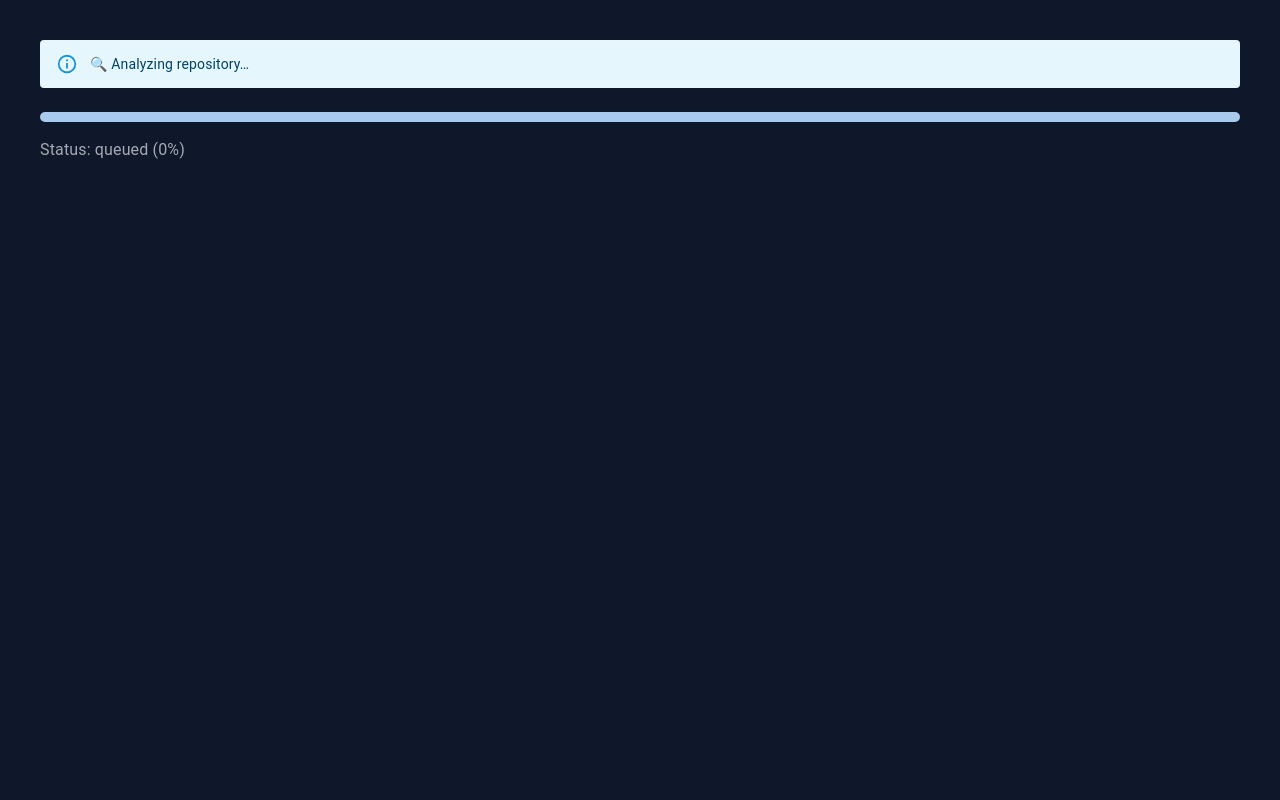
Repository: kundanchouhan12/DevX-Ai-Powered-Devops-Assistant-GenAi-LLM
Page: /dashboard (app in frontend/)
An editor plug-in stored every save of this project. The page is shown before and after the next save, followed by the edit.
The browser window is 1280 px wide. The pictures show the whole page.
The project was rebuilt for these pictures with package versions that can differ from the ones it lists, and the page was loaded fresh each time. Also part of the build but not shown: frontend/vite.config.js, frontend/src/pages/Home.jsx.

Above is the page before, as saved 2026-01-31 13:26:38.

After the next save:
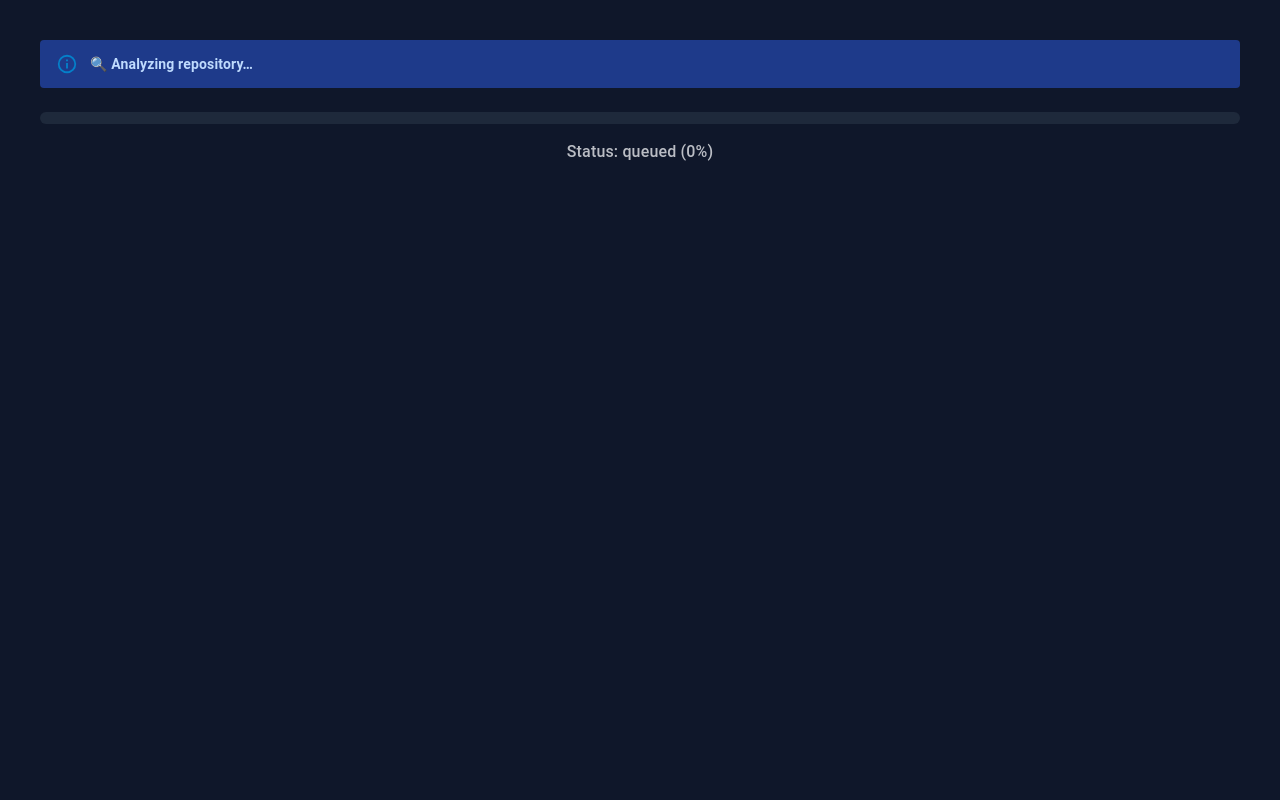
Saved 4 min 2 s later.
--- a/frontend/src/pages/Dashboard.jsx
+++ b/frontend/src/pages/Dashboard.jsx
@@ -219,11 +219,13 @@ import {
 import FolderIcon from "@mui/icons-material/Folder";
 import CodeIcon from "@mui/icons-material/Code";
 import SmartToyIcon from "@mui/icons-material/SmartToy";
-import { PieChart, Pie, Tooltip, ResponsiveContainer } from "recharts";
+import { PieChart, Pie, Tooltip, ResponsiveContainer, Cell } from "recharts";
 import ReactMarkdown from "react-markdown";
 import { useParams } from "react-router-dom";
 import { useEffect, useState } from "react";
 import api from "../services/api";
+
+const COLORS = ["#3b82f6", "#facc15", "#ef4444", "#22c55e", "#8b5cf6", "#fb7185"];
 
 export default function Dashboard() {
   const { jobId } = useParams();
@@ -266,15 +268,32 @@ export default function Dashboard() {
   if (!data && !error) {
     return (
       <Box sx={pageStyle}>
-        <Alert severity="info" sx={{ mb: 3 }}>
+        <Alert
+          severity="info"
+          sx={{
+            mb: 3,
+            bgcolor: "#1e3a8a",
+            color: "#bfdbfe",
+            fontWeight: 600,
+            textAlign: "center",
+          }}
+        >
           🔍 Analyzing repository…
         </Alert>
         <LinearProgress
           variant="determinate"
           value={progress}
-          sx={{ height: 10, borderRadius: 5, mb: 2 }}
+          sx={{
+            height: 12,
+            borderRadius: 6,
+            backgroundColor: "#1e293b",
+            "& .MuiLinearProgress-bar": {
+              borderRadius: 6,
+              background: "linear-gradient(90deg, #3b82f6, #8b5cf6, #facc15)",
+            },
+          }}
         />
-        <Typography sx={{ opacity: 0.7 }}>
+        <Typography sx={{ mt: 2, textAlign: "center", fontWeight: 500, opacity: 0.8 }}>
           Status: {status} ({progress}%)
         </Typography>
       </Box>
@@ -298,7 +317,16 @@ export default function Dashboard() {
   return (
     <Box sx={pageStyle}>
       {/* STATUS */}
-      <Alert severity="success" sx={{ mb: 3, bgcolor: "#064e3b", color: "#d1fae5" }}>
+      <Alert
+        severity="success"
+        sx={{
+          mb: 3,
+          bgcolor: "#064e3b",
+          color: "#d1fae5",
+          fontWeight: 600,
+          textAlign: "center",
+        }}
+      >
         ✅ Analysis completed successfully
       </Alert>
 
@@ -310,26 +338,30 @@ export default function Dashboard() {
       </Grid>
 
       {/* TECH STACK */}
-      <Card sx={{ ...cardStyle, border: "1px solid #334155" }}>
+      <Card sx={{ ...cardStyle, border: "1px solid #334155", mb: 4 }}>
         <CardContent>
           <Typography variant="h6" sx={{ mb: 2, fontWeight: 600 }}>
             🧩 Tech Stack
           </Typography>
+
           <Box sx={{ display: "flex", flexWrap: "wrap", gap: 1 }}>
-            {extensionsData.map((ext) => (
+            {extensionsData.map((ext, i) => (
               <Chip
                 key={ext.name}
                 label={`${ext.name} (${ext.value})`}
                 sx={{
                   bgcolor: "#1e293b",
-                  color: "#7dd3fc",
+                  color: COLORS[i % COLORS.length],
                   fontWeight: 500,
                   px: 2,
                   py: 0.5,
+                  transition: "transform 0.2s",
+                  "&:hover": { transform: "scale(1.1)" },
                 }}
               />
             ))}
           </Box>
+
           {extensionsData.length > 0 && (
             <Box sx={{ height: 260, mt: 4 }}>
               <ResponsiveContainer>
@@ -339,8 +371,13 @@ export default function Dashboard() {
                     dataKey="value"
                     nameKey="name"
                     outerRadius={90}
-                    fill="#3b82f6"
-                  />
+                    animationDuration={800}
+                    animationEasing="ease-out"
+                  >
+                    {extensionsData.map((entry, index) => (
+                      <Cell key={`cell-${index}`} fill={COLORS[index % COLORS.length]} />
+                    ))}
+                  </Pie>
                   <Tooltip
                     contentStyle={{ backgroundColor: "#0f172a", borderRadius: 8 }}
                     itemStyle={{ color: "#fff" }}
@@ -353,7 +390,7 @@ export default function Dashboard() {
       </Card>
 
       {/* AI REPORT */}
-      <Card sx={{ ...cardStyle, border: "1px solid #334155" }}>
+      <Card sx={{ ...cardStyle, border: "1px solid #334155", mb: 4 }}>
         <CardContent>
           <Typography variant="h6" sx={{ mb: 2, fontWeight: 600 }}>
             🧠 AI Insights
@@ -371,6 +408,15 @@ export default function Dashboard() {
               "& p": { mb: 1.5 },
               maxHeight: "400px",
               overflowY: "auto",
+              pr: 1,
+              scrollbarWidth: "thin",
+              scrollbarColor: "#3b82f6 #1e293b",
+              "&::-webkit-scrollbar": { width: "8px" },
+              "&::-webkit-scrollbar-thumb": {
+                backgroundColor: "#3b82f6",
+                borderRadius: "4px",
+              },
+              "&::-webkit-scrollbar-track": { backgroundColor: "#1e293b" },
             }}
           >
             <ReactMarkdown>{data.aiReport || "No AI insights generated."}</ReactMarkdown>
@@ -402,8 +448,12 @@ function StatCard({ icon, label, value }) {
       <Card
         sx={{
           ...cardStyle,
-          transition: "transform 0.2s, box-shadow 0.2s",
-          "&:hover": { transform: "translateY(-5px)", boxShadow: "0 15px 25px rgba(0,0,0,0.4)" },
+          transition: "transform 0.3s, box-shadow 0.3s, background 0.3s",
+          "&:hover": {
+            transform: "translateY(-7px)",
+            boxShadow: "0 20px 40px rgba(0,0,0,0.5)",
+            background: "linear-gradient(135deg, #0f172a, #1e293b)",
+          },
         }}
       >
         <CardContent>
@@ -432,11 +482,10 @@ const pageStyle = {
   p: 4,
   fontFamily: "Inter, sans-serif",
 };
-
 const cardStyle = {
   bgcolor: "#020617",
   color: "#e5e7eb",
   borderRadius: 3,
   mb: 4,
-  boxShadow: "0 8px 20px rgba(0,0,0,0.3)",
+  boxShadow: "0 10px 25px rgba(0,0,0,0.3)",
 };
